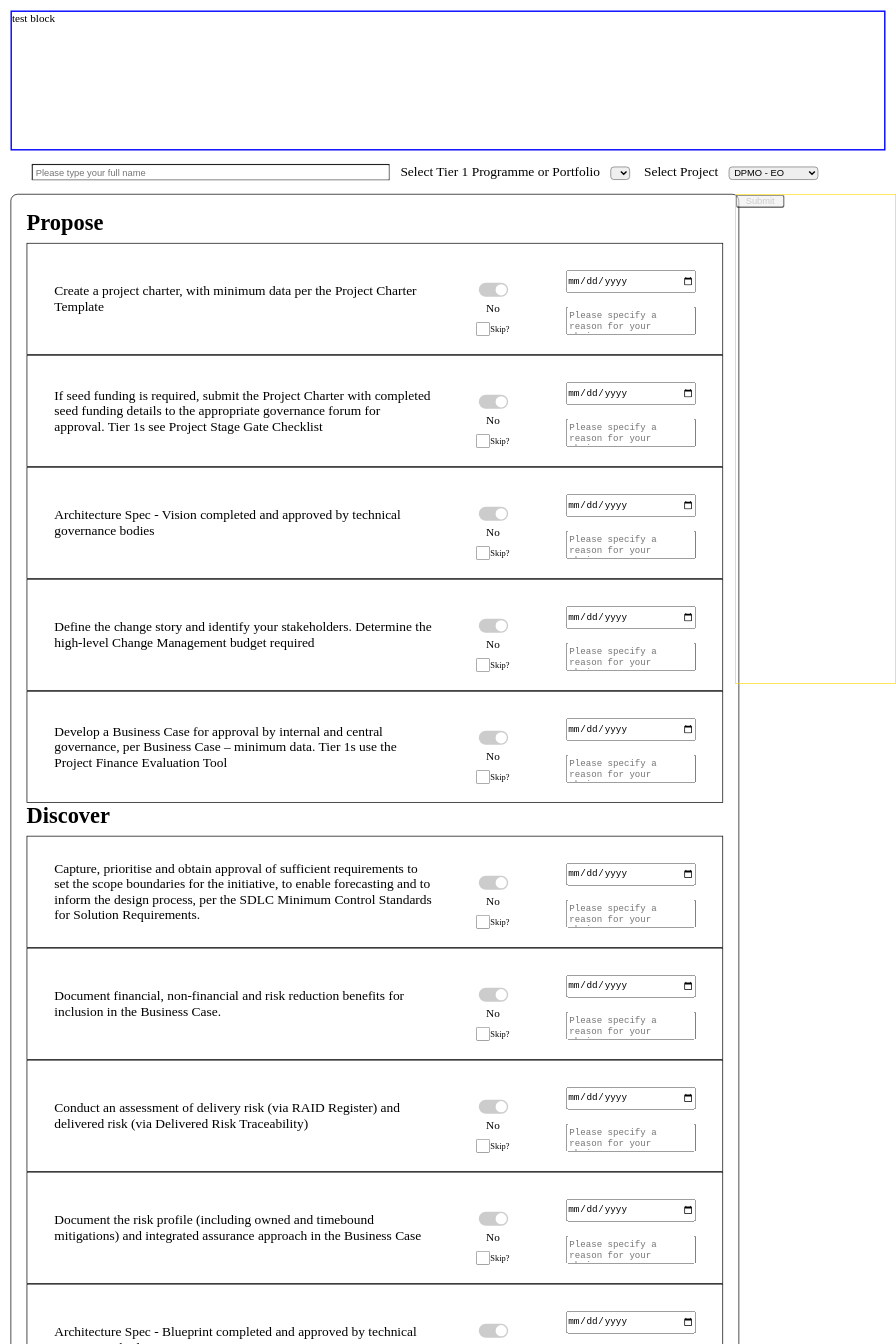
Repository: I-Alpha/JQuery-Html-form
Page: Project-form.html
The author's editor kept a copy of each file at every save. The page is drawn from the files as they stood at one save, then again after a run of saves.
The browser window is 1280 px wide. The pictures show the part of the page from y = 0 to 1920 px (the page is 8709 px tall before and 8716 px after), at 70% of full size.

Above is the page before, as saved 2020-10-27 01:09:08.

### Project-form.html
<!DOCTYPE html>
<html lang="en">

<head>
    <meta charset="UTF-8">
    <meta name="viewport" content="width=device-width, initial-scale=1.0">
    <link rel="preload" type="fetch" id="Excelfile" name="Excelfile" value="QuestionData.xlsx" />
    <script src="https://ajax.googleapis.com/ajax/libs/jquery/3.5.1/jquery.min.js"></script>
    <script src="https://cdnjs.cloudflare.com/ajax/libs/xlsx/0.14.5/xlsx.full.min.js"></script>
    <script src="https://cdnjs.cloudflare.com/ajax/libs/babel-polyfill/6.26.0/polyfill.js"></script>
    <script src="https://cdnjs.cloudflare.com/ajax/libs/xlsx/0.8.0/jszip.js"></script>
    <script src="https://cdnjs.cloudflare.com/ajax/libs/xlsx/0.8.0/xlsx.js"></script>
    <script src="main.js"></script>
    <link rel="stylesheet" href="main.css" />
    </style>
    <title>Document</title>
</head>

<body style=" display:flex; flex-direction: column; padding: 15px">
    <div id="testblock" name="testblock" style="border:2px solid blue; width: 100%; min-height:200px">test block</div>


    <div id="mainwrapper" style="justify-content: center;">
        <div id="preBar" class="container">
            <div id="formControl" class="container">    <input type= "text" id= "fullname" class= "required" placeholder="Please type your full name"></input>
                <label for="selectPorfolio">Select Tier 1 Programme or Portfolio
                    <select name="selectPorfolio" id="selectPorfolio" style=" margin :0 0 0 10px; max-width:8rem;"
                        placeholder="Select Portfolio"></select></label>
                <label for="selectProject">Select Project
                    <select name="selectProject" id="selectProject" style=" margin :0 0 0 10px; max-width:8rem; "
                        placeholder="Select Portfolio"></select></label>
            </div>

        </div>
        <div id="formContainer" class="container">
            <div id="wrapper">
                <form id="form1">

                    <table class="hidden">
                        <tr>
                            <td colspan=4 class="questCol">
                                <label class="questionLabel" for="mainCheck"></label>
                            </td>
                            <td colspan=1 class="inputCol">
                                <span class="inputContainer">
                                    <span class="mainCheckContainer" style=" display:flex; flex-direction: column;">
                                        <label class="switch">
                                            <input class="mainCheck" type="checkbox" checked>
                                            <span class="slider  round"></span>
                                        </label>
                                        <p for="mainCheck" class="mainChoice" data-val="Yes">No</p>
                                    </span>
                                    <span class="skipContainer" style="left : 6px; display:flex; ">
                                        <input class="skipCheck" type="checkbox">
                                        <p class="skipChoice">Skip?</p>
                                    </span>

                                </span>
                            </td>
                            <td colspan=2 class="altCol">
                                <input type="date" min="getDate()">
                                <textarea type="text"
                                    placeholder="Please specify a reason for your choice...."></textarea>
                            </td>
                        </tr>
                    </table>

                </form>
            </div><div></div>
            <div id= "progressBar"  style ="border : 1px solid gold ; width :230px; right: 0;  position: fixed; height: 700px">
            <button style="order:1; margin:0;" class = "disabled"id="submitbtn" type="submit" form="form1" value="Submit">Submit</button>
        </div>
        </div>

    </div>

</body>

</html>

### main.css

    * {
        box-sizing: border-box;
        margin: 0;
        padding: 0;
        color: black;

    }

    html {
        width: 100%;
        height: 100%;

    }


    label{
        font-size:.9rem;
       }

    body {
        width: 100%;
        height: 100%;
        display: flex;
        position: relative;
        flex-direction: column;
    }

    .hidden{
    display:none;
    visibility: none;
    opacity: 0;
   position:absolute;
    }
    .center {

        text-align: center;
    }

    .container {
        display: flex;
        position: relative;
    }


    h1 {
        margin-bottom: 10px;
    }

    #wrapper {
        border: solid 1px black;
        border-radius: 10px;
        padding: 20px;
        margin-bottom: 10px;

    }

    #mainwrapper{
        max-width: 98%;
    }
    p {
        color: black;
        font-size: 1rem;
        height: auto;
        width: auto;
    }

 .disabled{
     opacity: 60%;
     color:darkgray;
     pointer-events: none;
 }
  form{
      width:100%;
      height : auto;
  }

    .skipContainer {
        position: relative;
        align-items: center;
        left: 0;
        display: flex;
        margin-top: 10px;
    }

    .skipCheck {
        width: 20px;
        height: 20px;

    }

    .skipChoice {font-size: 12px;}


    .skipChoice,
    .skipCheck {
        position: relative;
        left: -10px;
    }

    /* slider */
    .switch {
        position: relative;
        display: inline-block;
        width: 42px;
        height: 20px;
    }

    .switch input {
        opacity: 0;
        width: 0;
        height: 0;
    }

    .slider {
        position: absolute;
        cursor: pointer;
        top: 0;
        left: 0;
        right: 0;
        bottom: 0;
        background-color: #ccc;
        -webkit-transition: .4s;
        transition: .4s;
    }

    .slider:before {
        position: absolute;
        content: "";
        height: 16px;
        width: 16px;
        right:2px;
        bottom: 2px;
        background-color: white;
        -webkit-transition: .4s;
        transition: .4s;
    }

    .mainCheck:checked+.slider {
        background-color: #2196F3;
    }

    .mainCheck:focus+.slider {
        box-shadow: 0 0 1px #2196F3;
    }

    .mainCheck:checked+.slider:before {
        -webkit-transform: translateX(-23px);
        -ms-transform: translateX(-23px);
        transform: translateX(-23px);
    }

    /* Rounded sliders */
    .slider.round {
        border-radius: 34px;
    }

    .slider.round:before {
        border-radius: 50%;
    }

    /*end of slider section*/

    button {
        margin: 10px;
        width: 70px;
        border-radius: 4px;
    }

    td {
         display: flex;
         flex-direction: column;
    }
    td > *{
         padding : 5px 0;
    }


    tr{
        height:10rem;   border: 1px solid black;
        border-collapse: collapse;
}

tr::after{
    border: 1px solid green;
    height:1px;
    content: :" ";
    width: 100%;
    position: relative;
    display: block;
}

td.inputContainer {
    display: inline-block;
    height:100%;
}

td.inputCol{
    display:flex;
    position: relative;
    text-align: center;
    align-items:center;
    min-height:100%;

}

  .questCol textarea{

   padding:  2px  3px;
   display: block;
   position: relative;
   min-width: 95%;
}



/* iPads (portrait and landscape) ----------- */
@media only screen
and (min-device-width : 768px)
and (max-device-width : 1024px) {
/* Styles */
}

/* iPads (landscape) ----------- */
@media only screen
and (min-device-width : 768px)
and (max-device-width : 1024px)
and (orientation : landscape) {
/* Styles */
}

/* iPads (portrait) ----------- */
@media only screen
and (min-device-width : 768px)
and (max-device-width : 1024px)
and (orientation : portrait) {
/* Styles */
}

/* Desktops and laptops ----------- */
@media only screen
and (min-width : 1224px) {
/* Styles */

 label {
     font-size: 1.2rem;
 }

#wrapper{
     min-width: 85%;
     height:auto;
    }

    .inputContainer{

        position: relative;
        top:15px;
     }

    td.inputCol{
        position: absolute;
        vertical-align: middle;


    }

    td {
        position: relative;
        justify-content: center;
        padding:10px 15px;}

    .questCol{
        position: relative;
        padding-right: 5px;
        max-width:35rem;
    }

    td.altCol{
        position: relative;
        height: 100%;
    }
     textarea{
        resize: none;
        display: block;
        font-size: 13px;
        text-align: start;
        align-content: flex-start;
         width:100%;
         top:10px;
         position: relative;
         margin-top:10px;
         padding: 4px 4px;
         align-items: flex-start;
    }

     td.altCol input {
         width:100%;
     }

    tr{
        display: flex;
        flex-direction: row;
        border: 1px solid black;
        border-collapse: collapse;
        justify-content: space-around;

    }


  #preBar{
   display: grid;
   flex-direction: row;
     grid-column: 3;
   margin : 10px 0;
  }



  #preBar >{
 display: flex;
 height:2rem;

  }

  #preBar label select{
    border-radius:5px;
    padding:0 3px;
  }

  #radioBtnBox label{
    margin: 0 20px;
  }

  #radioBtnBox label input{
    margin: 0 10px;
  }
  #radioBtnBox{
    margin-left:90px;
    border:1px solid black;
    padding: 10px 0;
}

#formControl select{

    margin: 0px 10px 0  0;
}
#formControl label{
   margin:10px;
    align-items:center;

}

 #fullname{
     position: relative;
     max-height:1.5rem;
     bottom:-9.2px;
     width: 32rem;
    border-radius:2px;
    padding:0 4px;
    margin: 0 5px 0 30px;
    }

#form1 {


    position: relative;
display: flex;
flex-direction: column;
}

table{
    width:100%;
}


.mainChoice {
    display: flex;
    margin-top: 8px;
    left:10px;
    position: relative;
}

#formContainer{


}

td.inputContainer {
    display: inline-block;
    height:100%;
}

td.inputCol{
    display:flex;
    position: relative;
    vertical-align: middle;
    text-align: center;
    align-items:center;
    min-height:100%;

}
}

/* Large screens ----------- */
@media only screen
and (min-width : 1824px) {
/* Styles */
}

/* iPhone 4 ----------- */
@media
only screen and (-webkit-min-device-pixel-ratio : 1.5),
only screen and (min-device-pixel-ratio : 1.5) {
/* Styles */
}

Loaded but not shown: main.js (514 lines, source omitted)

After the next 2 saves:
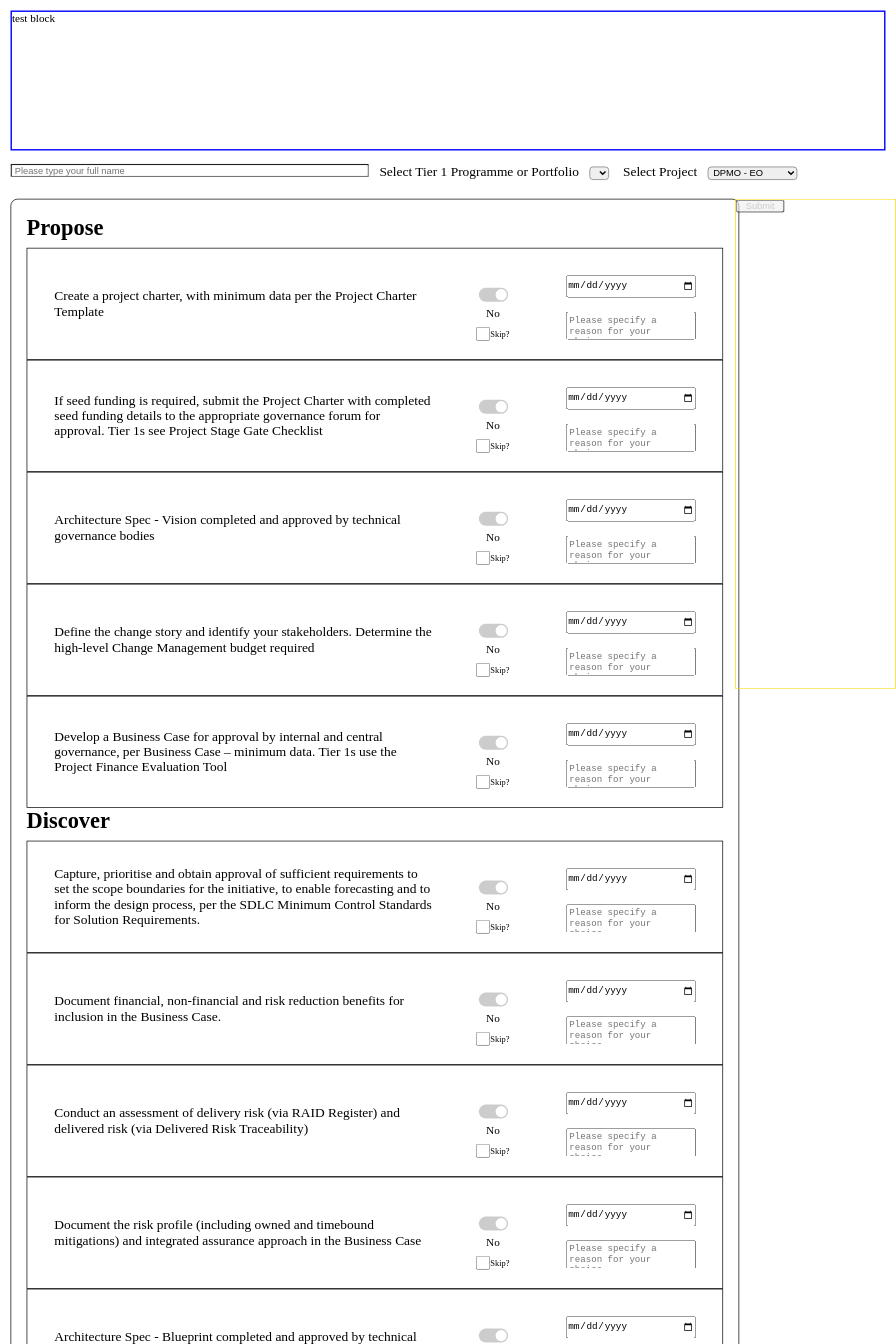
The 2 saves are shown as one change because they came seconds apart.
The last was saved 14 s later.
--- a/main.css
+++ b/main.css
@@ -357,7 +357,7 @@
      width: 32rem;
     border-radius:2px;
     padding:0 4px;
-    margin: 0 5px 0 30px;
+    margin: 0 5px 30px 0;
     }
 
 #form1 {

After the save that followed:
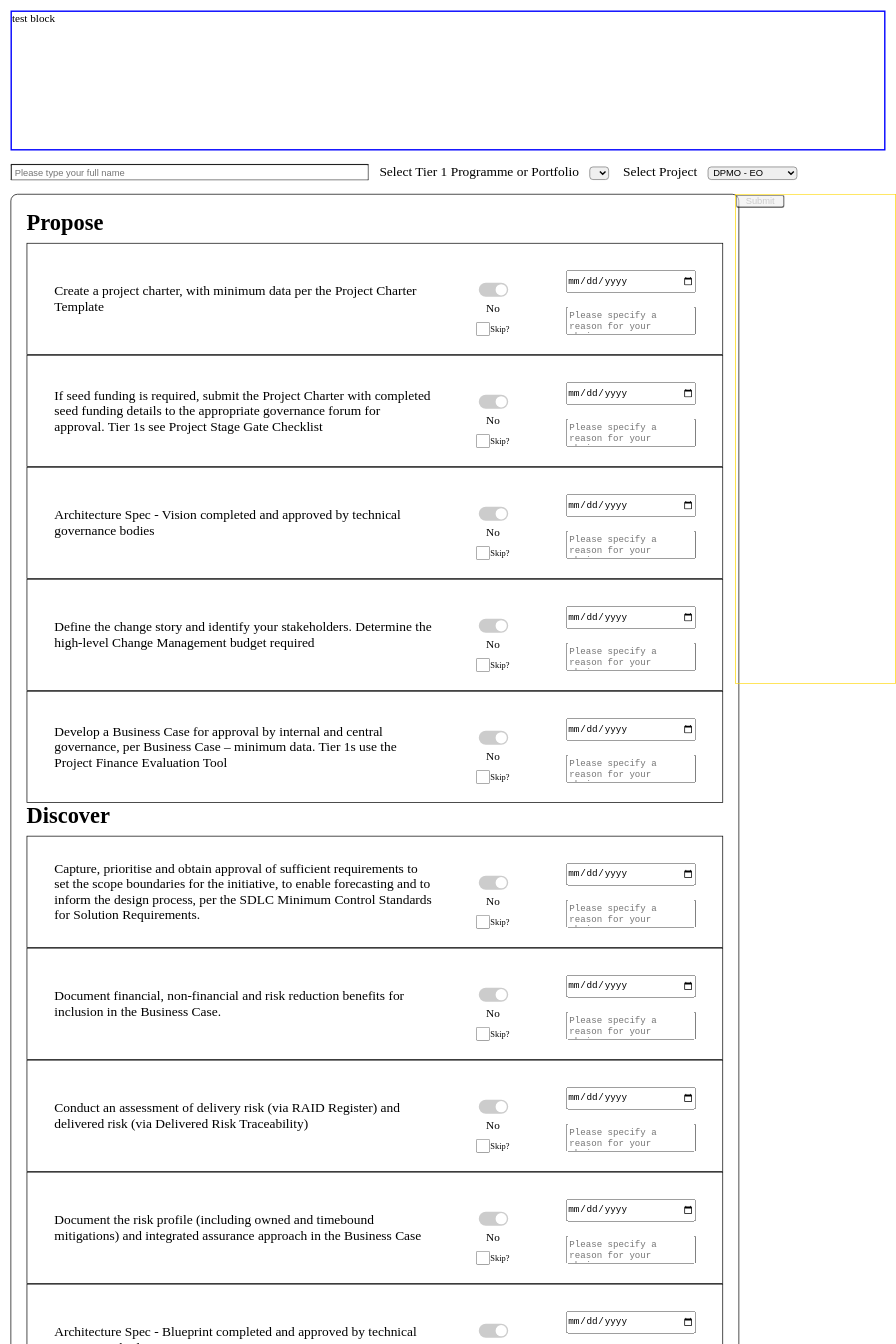
Saved 8 s later.
--- a/main.css
+++ b/main.css
@@ -357,7 +357,7 @@
      width: 32rem;
     border-radius:2px;
     padding:0 4px;
-    margin: 0 5px 30px 0;
+    margin: 0 5px 5px 0;
     }
 
 #form1 {
